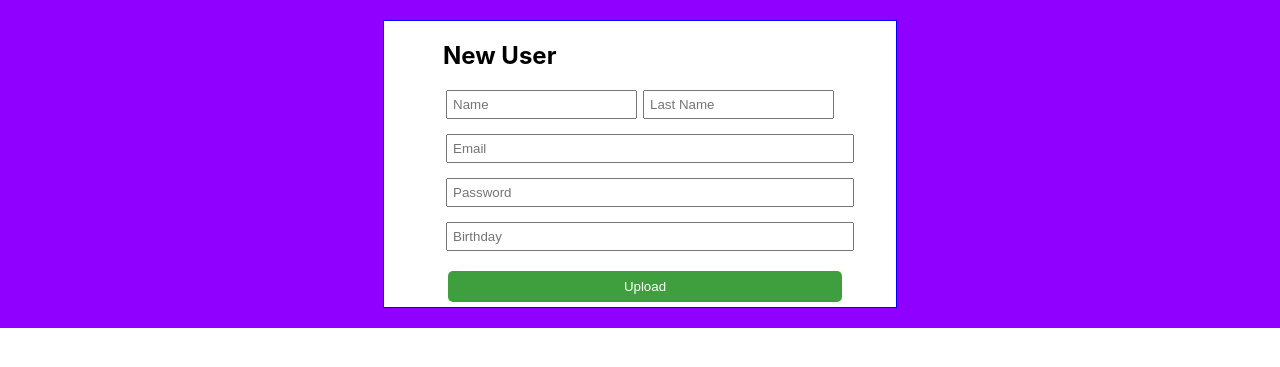
Repository: RobertAries28/CrudUsuarios
Page: /
These files come from the project's save history. The page is drawn as it stood at one moment and after the next save; the edit follows.
The browser window is 1280 px wide. The pictures show the whole page.
The page's requests for data from a server got no answer. The project was rebuilt for these pictures with package versions that can differ from the ones it lists, and the page was loaded fresh each time. No one was signed in, and anything a server would have sent is missing.

Above is the page before, as saved 2022-05-23 19:20:42.

### src/App.js

import axios from 'axios';
import { useEffect, useState } from 'react';
import './App.css';
import UsersForm from './UsersForm';
import UsersList from './UsersList';

const App=()=> {

  const [users,setUsers]= useState([])
  useEffect(()=>{
    axios.get('https://users-crud1.herokuapp.com/users/')
    .then(res=>setUsers(res.data))

  },[]);
  console.log(users)
  return (
    <div className="App">
     <UsersList users={users}/>
     <UsersForm/>
    </div>
  );
}

export default App;

### src/App.css
.App{
  background: #8F00FF;
  height: 100%;
  padding: 20px 0;
  display: flex;
  justify-content: space-evenly;
}

ul{
  list-style: none;
  padding: 0;
  margin: 0 0;



}

.users{
  border-radius: 20px;
  margin: auto;
  width: 50%;
  display: flex;
  justify-content: space-around;
  align-items: center;
  border: 1px solid blue;
  background: white;
  padding: 20px 0;
}

.formUser{
  display: flex;
  flex-direction: column;
  justify-content: center;
  align-items: center;
  border: 1px solid blue;
  background: white;
  margin: auto;
  width: 40%;
}

input{
padding: 5px;
margin: 0 3px;


}

.buttonDate{
  width: 100%;
  margin: 5px;
  padding: 8px;
  background: #3f9f3f;
  border: none;
  border-radius: 5px;
  color: white;
}

.date{
  width: 100%;
}
label{
  margin: 2px;
}


.dateUsers{
  margin: 15px 0;
}

### src/UsersForm.js
import React, { useEffect, useState } from 'react';
import './App.css';

const UsersForm = ({addUsers,updateUsers,userEdit,selectUsers}) => {

        const [name,setName]= useState("");

        const [lastName, setLatName] = useState("");
        const [email,setEmail]= useState("");


        const [birthday, setBirthday] = useState("")
        const [password, setPassword] = useState("")

      useEffect(()=>{
          console.log("Cambio productEdit")

          if(userEdit){
              setName(userEdit.name);
              setLatName(userEdit.lastName);
              setEmail(userEdit.email)
              setBirthday(userEdit.birthday)
              setPassword(userEdit.password)
          } else{
              setName("");
              setLatName("");
              setEmail("");
              setBirthday("");
              setPassword("")
          }
      },[userEdit])

        const submit=(e)=>{
            e.preventDefault();
            const user={

                name:name,
                lastName:lastName,
              email:email,
              birthday:birthday,
              password:password
            }

           if(userEdit){
               user.id= userEdit.id
             updateUsers(user);
           }else{

            addUsers(user)
        }



        }
        return (
            <div className='formUser'>
                <form onSubmit={submit}>
                  <h2>New User</h2>
                <div className='dateUsers'>

                      <input placeholder='Name' type="text"
                             id="name"
                             onChange={e=> setName(e.target.value)}
                                 value={name}
                             />


                      <input placeholder='Last Name' type="text"
                             id="lastname"
                             onChange={e=> setLatName(e.target.value)}
                                 value={lastName}
                             />
                  </div>

                  <div className='dateUsers'>

                      <input placeholder='Email' className='date' type="email"
                             id="email"
                             onChange={e=> setEmail(e.target.value)}
                                 value={email}
                             />
                  </div>

                  <div className='dateUsers'>

                      <input placeholder='Password' className='date' type="password"
                      id='password'
                      onChange={e=> setPassword(e.target.value)}
                      value={password} />
                  </div>

                  <div className='dateUsers'>

                      <input placeholder='Birthday' className='date' type="text"
                      id='birthday'
                      onChange={e=> setBirthday(e.target.value)}
                      value={birthday} />
                  </div>



                  <button className='buttonDate' >Upload</button>

                  {
                      userEdit &&
                      <button type='button'
                        onClick={()=> selectUsers(null)}
                      >Cancelar</button>
                  }
                </form>
            </div>
    );
}

export default UsersForm;

### src/UsersList.js
import React from 'react';
import './App.css';

const UsersList = ({users,removeProduct,selecProduct}) => {
    return (
        <div className='infoUsers'>
               <ul>
                {
                    users.map(user=>(
                        <li className='users' style={{marginBottom:"10px"}} key={user.id}>
                            <ul>
                                <li><b>Nombre: </b>{user.first_name}</li>
                                <li><b>Apellido: </b>{user.last_name}</li>
                                <li><b>Email: </b>{user.email}</li>
                                <li><b>Brithday: </b>{user.birthday}</li>
                            </ul>
                            <div className='button'>
                            <button onClick={()=>removeProduct(user.id)}>Eliminar</button>
                       <button onClick={()=>selecProduct(user)}>Actualizar</button>
                       </div>
                        </li>
                    ))
                }
            </ul>
        </div>
    );
}

export default UsersList;

Loaded but not shown: public/index.html (common file); src/index.js (common file); src/index.css (common file); src/reportWebVitals.js (common file)

After the next save:
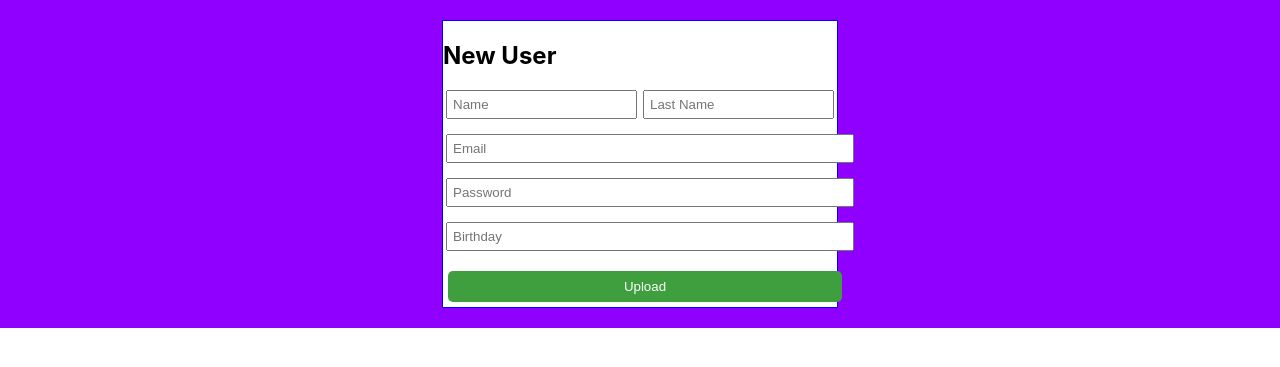
Saved 38 s later.
--- a/src/App.css
+++ b/src/App.css
@@ -18,7 +18,7 @@ ul{
 .users{
   border-radius: 20px;
   margin: auto;
-  width: 50%;
+
   display: flex;
   justify-content: space-around;
   align-items: center;
@@ -35,7 +35,7 @@ ul{
   border: 1px solid blue;
   background: white;
   margin: auto;
-  width: 40%;
+
 }
 
 input{
